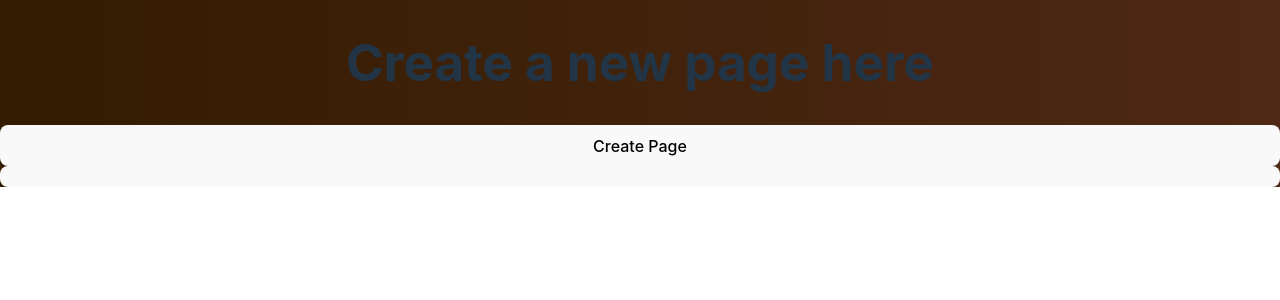
Repository: TMuse333/real_estate_property
Page: /
The author's editor kept a copy of each file at every save. The page is drawn from the files as they stood at one save, then again after the next save.
The browser window is 1280 px wide. The pictures show the whole page.
The project was rebuilt for these pictures with package versions that can differ from the ones it lists, and the page was loaded fresh each time. Also part of the build but not shown: vite.config.js, src/components/navbar/navbar.css, src/components/navbar/navbar.jsx, src/components/carousel/carousel.css, src/components/carousel/carousel.jsx, src/components/carousel2/carosuel2.jsx, src/components/features/features.css, src/components/features/features.jsx and 16 more.

Above is the page before, as saved 2024-03-29 16:52:48.

### index.html
<!doctype html>
<html lang="en">
  <head>
    <meta charset="UTF-8" />
    <link rel="icon" type="image/svg+xml" href="/vite.svg" />
    <meta name="viewport" content="width=device-width, initial-scale=1.0" />
    <title>Rooftight Home</title>
  </head>
  <body>
    <div id="root"></div>
    <script type="module" src="/src/main.jsx"></script>
  </body>
</html>

### src/main.jsx
import './index.css'
import * as React from 'react';
import { StrictMode } from 'react';
import { createRoot } from 'react-dom/client';
import { BrowserRouter } from 'react-router-dom';

import App from './App';

const rootElement = document.getElementById('root');
const root = createRoot(rootElement);

root.render(
  <StrictMode>
    <BrowserRouter>
      <App />
    </BrowserRouter>
  </StrictMode>
);

### src/index.css
:root {
  font-family: Inter, system-ui, Avenir, Helvetica, Arial, sans-serif;
  line-height: 1.5;
  font-weight: 400;

  color-scheme: light dark;
  color: rgba(255, 255, 255, 0.87);
  background-color: #242424;

  font-synthesis: none;
  text-rendering: optimizeLegibility;
  -webkit-font-smoothing: antialiased;
  -moz-osx-font-smoothing: grayscale;
  /* overflow-x: hidden; */
}

a {
  font-weight: 500;
  color: #646cff;
  text-decoration: inherit;
}
a:hover {
  color: #535bf2;
}

body {
  margin: 0;
  display: flex;
  place-items: center;
  /* min-width: 320px; */
  min-height: 100vh;
}

h1 {
  font-size: 3.2em;
  line-height: 1.1;
}

button {
  border-radius: 8px;
  border: 1px solid transparent;
  padding: 0.6em 1.2em;
  font-size: 1em;
  font-weight: 500;
  font-family: inherit;
  background-color: #1a1a1a;
  cursor: pointer;
  transition: border-color 0.25s;
}
button:hover {
  border-color: #646cff;
}
button:focus,
button:focus-visible {
  outline: 4px auto -webkit-focus-ring-color;
}

@media (prefers-color-scheme: light) {
  :root {
    color: #213547;
    background-color: #ffffff;
  }
  a:hover {
    color: #747bff;
  }
  button {
    background-color: #f9f9f9;
  }
}

### src/App.jsx
import { useState } from 'react'
import reactLogo from './assets/react.svg'
import viteLogo from '/vite.svg'
import './App.css'
import Navbar from './components/navbar/navbar'
import ImageCarousel from './components/carousel/carousel'
import Carousel2 from './components/carousel2/carosuel2'


import kakashi from './media/kakashi_susanoo.jpg';
import sasuke from './media/sasuke.jpg';
import vegeta from './media/majin-vegeta.png';
import Property from './components/property/property'

import heroHome from './media/rooftight-2.png'

import {BrowserRouter as Router, Route, Routes } from 'react-router-dom'
import Homepage from './components/homepage/homepage'

function App() {
  const [count, setCount] = useState(0)

  const images = [
    {
      url:kakashi,
      alt:'Kakashi'
    }
   ,{
    url:sasuke,
    alt:'Sasuke'
   },
   {
    url:vegeta,
    alt:'Vegeta'
   },
   {
    url:kakashi,
    alt:'Kakashi2'
  }
 ,{
  url:sasuke,
  alt:'Sasuke2'
 },
 {
  url:vegeta,
  alt:'Vegeta2'
 },

  ]

  const links = [
    'home',
    'description',
    'price and features',
    'amenities',
    'photo gallery',
    'video',
    'more info',
    'flyers',
    'area info',
    'documents',
    'map',
    'Broker',
    'More Listings',
    'Show Bookings'
  ]

  return (
    <>
   <Routes>
      <Route path='/'
      element={<Homepage/>}
      />

      <Route path='property'
      element={<Property/>}
      />


   </Routes>
    </>
  )
}

export default App

### src/App.css
#root {
  max-width: 1280px;
  margin: 0 auto;
  padding: 2rem;
  text-align: center;
}

.logo {
  height: 6em;
  padding: 1.5em;
  will-change: filter;
  transition: filter 300ms;
}
.logo:hover {
  filter: drop-shadow(0 0 2em #646cffaa);
}
.logo.react:hover {
  filter: drop-shadow(0 0 2em #61dafbaa);
}

@keyframes logo-spin {
  from {
    transform: rotate(0deg);
  }
  to {
    transform: rotate(360deg);
  }
}

@media (prefers-reduced-motion: no-preference) {
  a:nth-of-type(2) .logo {
    animation: logo-spin infinite 20s linear;
  }
}

.card {
  padding: 2em;
}

.read-the-docs {
  color: #888;
}

.homepage-container{
  width:100vw;
  /* height:100vh; */
  display: flex;
  flex-direction: column;
  background: linear-gradient(to right, #331c00, #4f2816);

  justify-content: center;
  position: absolute;
  top:0;
  left:0;
  /* position: absolute;
  left:0;
  top:0; */
}

#home,
#description,
#price-and-features,
#amenities,
#photo-gallery,
#video,
#more-info,
#flyers,
#area-info,
#documents,
#map,
#broker,
#more-listings,
#show-bookings {
  scroll-margin-top: 8rem;
}

### src/components/homepage/homepage.jsx
import React from "react";


const Homepage = () => {

    return (
        <div className="homepage-container">
            <h1>Create a new page here</h1>
            <button>
                Create Page
            </button>
            <button>

            </button>
        </div>
    )
}

export default Homepage

### src/components/carousel2/carousel2.css
*,
*::before,
*::after {
  box-sizing: border-box;
}

.img-slider-img {
  object-fit: cover;
  width: 100%;
object-position: 50% 50%;
  display: block;
  flex-shrink: 0;
  flex-grow: 0;
}

.img-slider-btn {
  all: unset;
  display: block;
  position: absolute;
  top: 0;
  bottom: 0;
  padding: 1rem;
  cursor: pointer;
  transition: background-color 100ms ease-in-out;
}

.img-slider-btn:hover,
.img-slider-btn:focus-visible {
  background-color: rgb(0, 0, 0, 0.2);
}

.img-slider-btn > * {
  stroke: white;
  fill: black;
  width: 2rem;
  height: 2rem;
}

@keyframes squish {
  50% {
    scale: 1.4 0.6;
  }
}

.img-slider-dot-btn {
  all: unset;
  display: block;
  cursor: pointer;
  width: 1rem;
  height: 1rem;
  transition: scale 100ms ease-in-out;
}

.img-slider-dot-btn:hover,
.img-slider-dot-btn:focus-visible {
  scale: 1.2;
}

.img-slider-dot-btn > * {
  stroke: white;
  fill: black;
  height: 100%;
  width: 100%;
}

.img-slider-dot-btn:focus-visible,
.img-slider-btn:focus-visible {
  outline: auto;
}

.skip-link {
  position: absolute;
  width: 1px;
  height: 1px;
  padding: 0;
  margin: -1px;
  overflow: hidden;
  border: 0;
  clip: rect(0, 0, 0, 0);
}

.skip-link:focus-visible {
  top: 0;
  left: 0;
  border: 1px solid black;
  background-color: white;
  padding: 0.5rem;
  width: auto;
  height: auto;
  margin: 0;
  clip: unset;
  text-decoration: none;
  color: black;
  z-index: 100;
}

.img-slider-img {
    transition: transform 0.5s ease;
  }

/* @media not (prefers-reduced-motion) {
  .img-slider-img {
    transition: translate 300ms ease-in-out;

  }

  .img-slider-btn:hover > *,
  .img-slider-btn:focus-visible > * {
    animation: squish 200ms ease-in-out;
  }
} */

.images-grid {
    display: grid;
    width: 95vw;
    grid-template-columns: repeat(auto-fit, minmax(230px, 1fr)); /* Modify this line */
    justify-content: center;
    gap: 2rem;
    max-width: 1200px;
    margin: 0 auto;

}

.images-grid img {
    width: 100%;
    height:40vw;
    object-fit: cover;
    max-height: 400px;
}

@media screen and (min-width:655px){
    .images-grid{
        scroll-margin-top:10rem;
    }
}

After the next save:
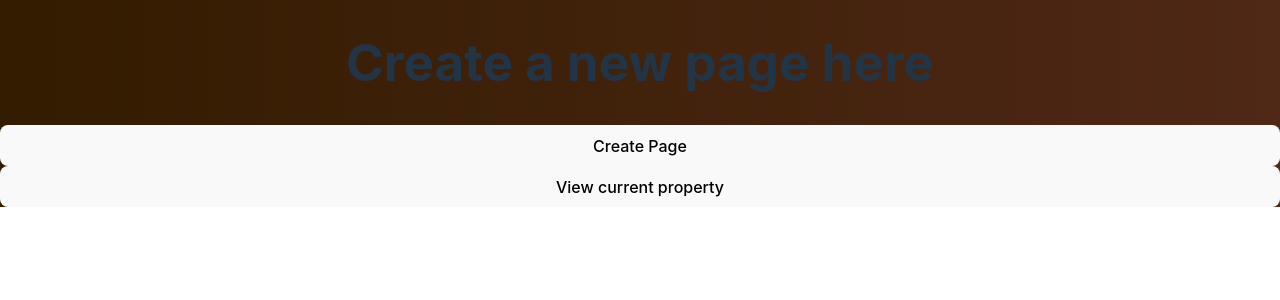
Saved 6 s later.
--- a/src/components/homepage/homepage.jsx
+++ b/src/components/homepage/homepage.jsx
@@ -10,7 +10,7 @@
                 Create Page
             </button>
             <button>
-
+                View current property
             </button>
         </div>
     )
